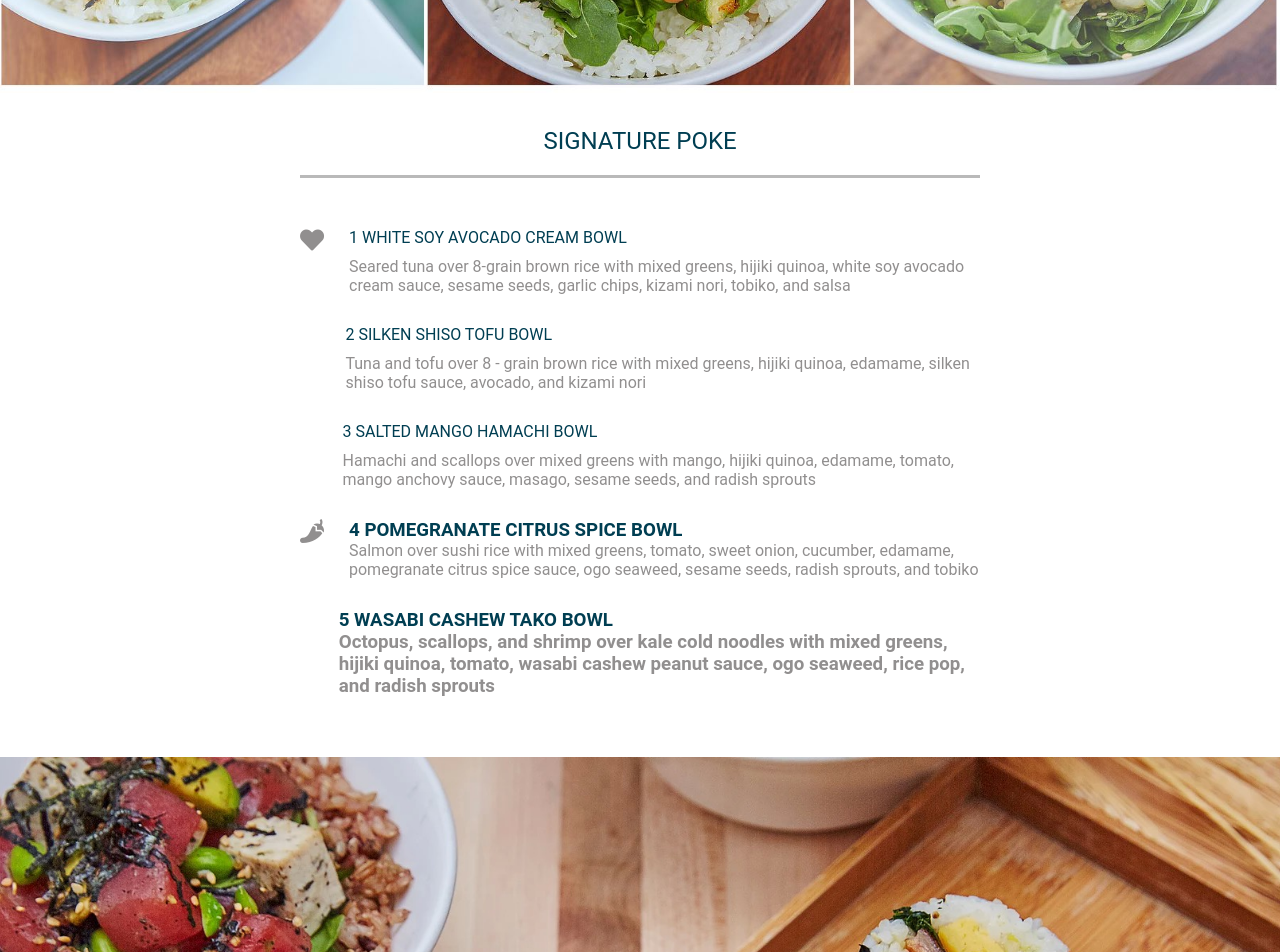
Repository: ypiard85/kome-waza
Page: index.html
An editor plug-in stored every save of this project. The page is shown before and after the next save, followed by the edit.
The browser window is 1280 px wide. The pictures show the part of the page from y = 1923 to 2875 px (the page is 3962 px tall before and 3952 px after).

Above is the page before, as saved 2021-02-23 12:30:31.

### index.html
<!DOCTYPE html>
<html lang="en">
  <head>
    <meta charset="UTF-8" />
    <meta http-equiv="X-UA-Compatible" content="IE=edge" />
    <meta name="viewport" content="width=device-width, initial-scale=1.0" />
    <link rel="stylesheet" href="./style.css" />
    <link
      rel="stylesheet"
      href="https://use.fontawesome.com/releases/v5.15.2/css/all.css"
      integrity="sha384-vSIIfh2YWi9wW0r9iZe7RJPrKwp6bG+s9QZMoITbCckVJqGCCRhc+ccxNcdpHuYu"
      crossorigin="anonymous"
    />
    <title>Kome Waza</title>
  </head>

  <body>
    <div class="wrapper">
      <header role="header" class="header">
        <nav role="navbar" class="nav">
          <div class="nav_logo">
            <a href="#">
              <img src="./image/logo-kome-waza.jpg" alt="" />
            </a>
          </div>
          <ul class="nav_link">
            <li><a href="">Home</a></li>
            <li><a href="">Locations</a></li>
            <li><a href="">Online Orders</a></li>
            <li><a href="">Menus</a></li>
            <li><a href="">Catering</a></li>
            <li><a href="">Delivery Options</a></li>
            <li><a href="">More...</a></li>
          </ul>
        </nav>
      </header>
      <div class="img_fond"></div>
      <section class="food_section">
        <div class="food_image">
          <img src="./image/epices.jpg" alt="" />
        </div>
        <div class="food_content">
          <div class="title">
            <h1>Kome Waza</h1>
            <p>(ko-meh wa-za)</p>
          </div>
          <div class="description">
            <p>
              Respect the fish! Kome Waza strives to provide you with a delicate
              balance between time-honored Japanese sushi traditions and
              exciting new Asian-inspired flavors in a refreshing new take on
              the East Coast poke trend.
            </p>
          </div>
        </div>
      </section>
      <section class="carousel_food">
        <img src="./image/images-slider.jpg" alt="" />
      </section>
      <section class="about">
        <h1>SIGNATURE POKE</h1>
        <div class="about_content">
            <span class="fas fa-heart"></span>
            <div class="about_content_info">
                <p class="t">1  WHITE SOY AVOCADO CREAM BOWL</p>
                <p class="description">Seared tuna over 8-grain brown rice with mixed greens, hijiki quinoa, white soy avocado cream sauce, sesame seeds, garlic chips, kizami nori, tobiko, and  salsa</p>
            </div>
        </div>
        <div class="about_content">
            <span></span>
            <div class="about_content_info">
                <p class="t">2  SILKEN SHISO TOFU BOWL</p>
                <p class="description">Tuna and tofu over 8 - grain brown rice with mixed greens, hijiki quinoa, edamame, silken shiso tofu sauce, avocado, and kizami nori
                </p>
            </div>
        </div>
        <div class="about_content">
            <span></span>
            <div class="about_content_info">
                <p class="t">3  SALTED MANGO HAMACHI BOWL</p>
                <p class="description">Hamachi and scallops over mixed greens with mango, hijiki quinoa, edamame, tomato, mango anchovy sauce, masago, sesame seeds, and radish sprouts
                </p>
            </div>
        </div>
        <div class="about_content">
            <span class="fas fa-pepper-hot"></span>
            <div class="about_content_info">
                <h3>4  POMEGRANATE CITRUS SPICE BOWL</h3>
                <p class="description">Salmon over sushi rice with mixed greens, tomato, sweet onion, cucumber, edamame, pomegranate citrus spice sauce, ogo seaweed, sesame seeds, radish sprouts, and tobiko
                </p>
            </div>
        </div>
        <div class="about_content">
            <span></span>
            <div class="about_content_info">
                <h3>5  WASABI CASHEW TAKO BOWL</3>
                <p class="description">Octopus, scallops, and shrimp over kale cold noodles with mixed greens, hijiki quinoa, tomato, wasabi cashew peanut sauce, ogo seaweed, rice pop, and radish sprouts
                </p>
            </div>
        </div>
      </section>
      <div class="img_fond_02"></div>
      <section class="map">
        <iframe src="https://www.google.com/maps/embed?pb=!1m18!1m12!1m3!1d3024.6585640917506!2d-74.0124362847329!3d40.70351677933274!2m3!1f0!2f0!3f0!3m2!1i1024!2i768!4f13.1!3m3!1m2!1s0x89c25a1439cca535%3A0xc39aeb4e18004828!2sKome%20Waza!5e0!3m2!1sfr!2sfr!4v1614078910284!5m2!1sfr!2sfr" height="300" style="border:0;" allowfullscreen="" loading="lazy"></iframe>
      </section>
      <footer role="footer" class="footer">
            <div class="contact">
                <h1>Contact</h1>
                <p>646-368-17227 <br> info@komewaza.com</p>
            </div>
      </footer>
    </div>
  </body>
</html>

### style.css
:root{
    --menu-color: #003E52;
    --menu-hover: #6cadc2;
    --footer-bg: #003e52;
    --gray-light: rgb(145, 143, 143);
}


*{
    list-style:none;
    text-decoration: none;
    margin: 0;
    padding: 0;
    transition: 0.3s;
    box-sizing: content-box;
    color: var(--menu-color);
}

h1, h2{
    font-weight: normal;
}

body{
    font-family: Roboto, sans-serif;
}

.nav{
    display: flex;
    justify-content: space-evenly;
    align-items: center;
    padding: 20px 0;
    border-top: 1px solid gray;
}

.nav_logo a img{
width: 200px;
}

.nav_link{
    display: flex;
}

.nav_link li a{
    margin: 0 10px;
    color: var(--menu-color);
}

.nav_link a:hover{
    color: var(--menu-hover);
}

.img_fond{
    background-image: url('./image/header-image.jpg');
    background-size: cover;
    background-position: center center;
    height: 100vh;
}

.food_section{
    display: flex;
    justify-content: space-evenly;
    text-align: right;
}

.food_section .food_content{
    width: 450px;
}

.food_section .description{
    line-height: 1.5em;
}

.title{
    margin: 40px 0;
}

.title h1{
    margin-bottom: 10px;
}

.carousel_food img{
    width: 100%;
    max-width: 100%;
}

.about{
    display: flex;
    justify-content: center;
    flex-direction: column;
    margin: 0 300px;
    padding: 30px 0;
    position: relative;
}

.about  h1{
    border-bottom: 3px solid rgb(185, 185, 185);
    text-align: center;
    padding-bottom: 20px;
    margin-bottom: 50px;
}

.about .about_content{
    display: flex;
    flex-direction: space-between;
}

.about_content span{
width: 30px;
margin-right: 25px;
font-size: 24px;
color: var(--gray-light);
}

.about_content{
    margin-bottom: 30px;
}

.about_content .t{
    margin-bottom: 10px;
    font-weight: normal;
}

.about_content .description{
    color: var(--gray-light);
}

.img_fond_02{
    background-image: url('./image/sushis.jpg') ;
    background-size: cover;
    background-position: center center;
    height: 90vh;
}

.map iframe{
    width: 100%;
    margin-top: 30px;
    opacity: 0.8;
}

.footer{
    background-color: var(--footer-bg);
    height: 300px;
    display: flex;
    justify-content: center;
    align-items: center;

}

.contact{
    text-align: center;
}

.contact h1{
    margin-bottom: 30px;
}

.contact > h1, .contact p{
    color: #fff;
    font-weight: normal;
}

.contact p{
    line-height: 1.5em;
}

After the next save:
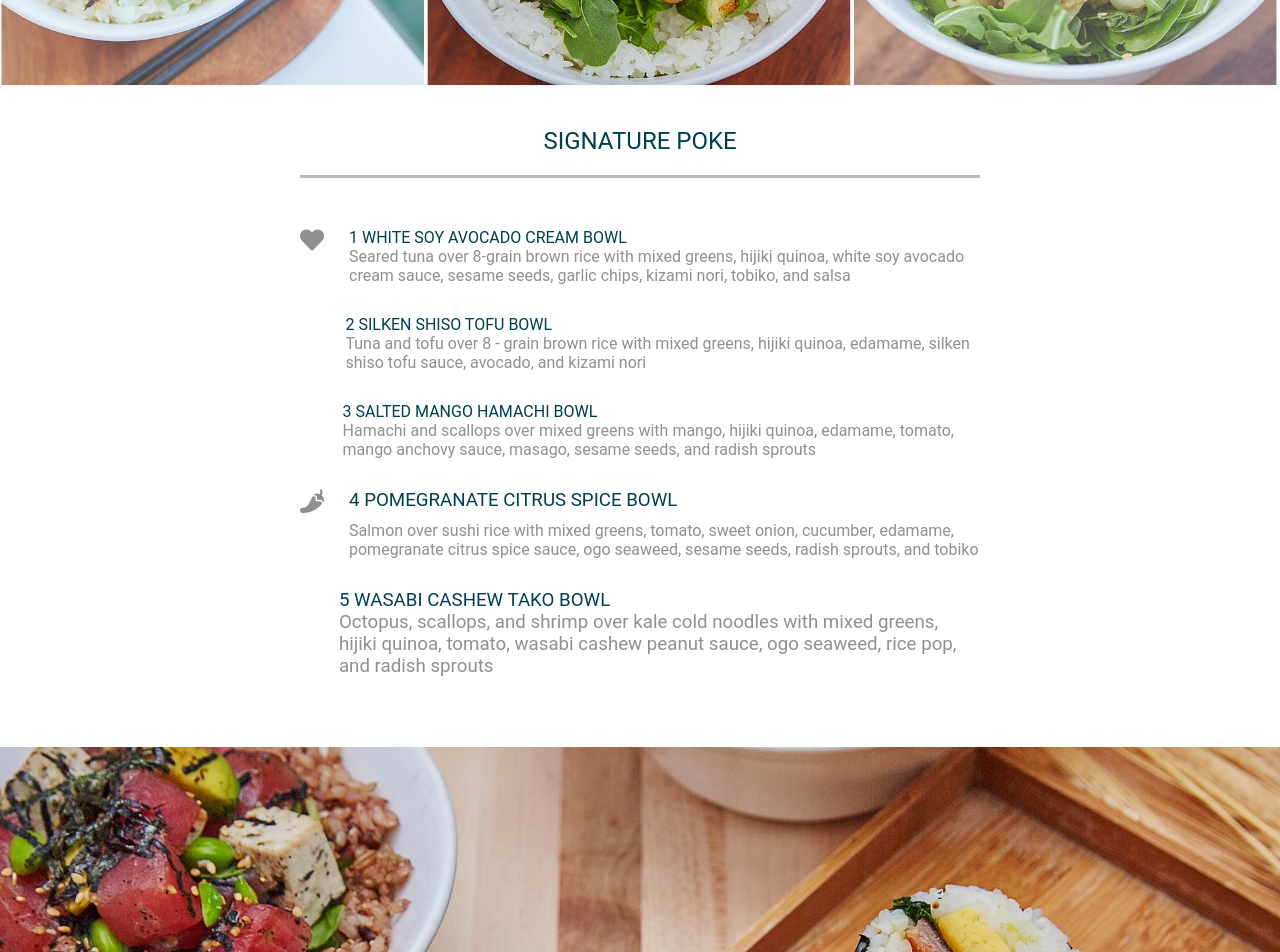
Saved 14 s later.
--- a/style.css
+++ b/style.css
@@ -115,7 +115,7 @@
     margin-bottom: 30px;
 }
 
-.about_content .t{
+.about_content h3{
     margin-bottom: 10px;
     font-weight: normal;
 }
